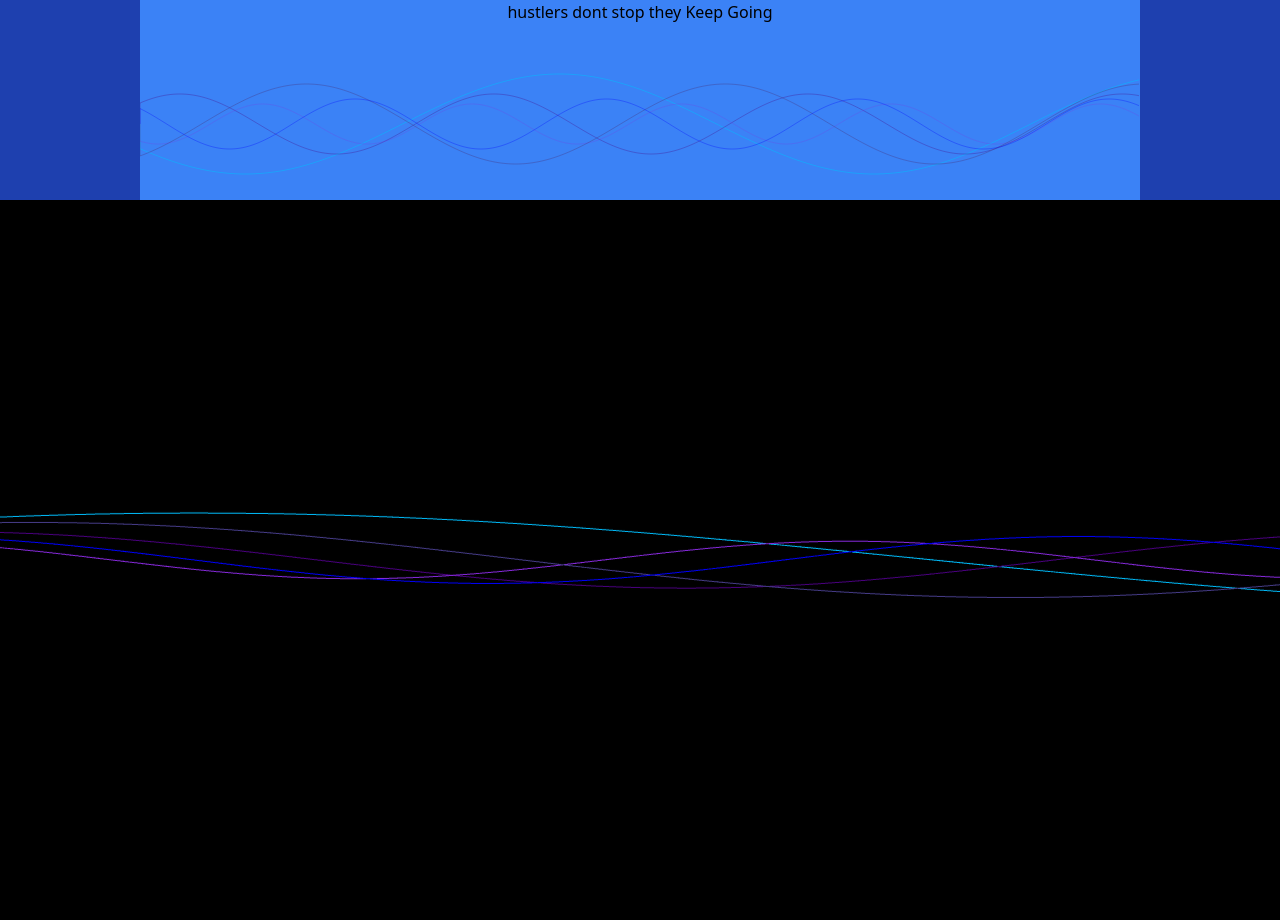
Repository: TMuse333/quantum-experiments
Page: /
These files come from the project's save history. The page is drawn as it stood at one moment and after the next save; the edit follows.
The browser window is 1280 px wide. The pictures show the whole page.
The project was rebuilt for these pictures with package versions that can differ from the ones it lists, and the page was loaded fresh each time. Also part of the build but not shown: vite.config.ts.

Above is the page before, as saved 2024-06-08 18:34:17.

### src/App.tsx
import { useState } from 'react'
import reactLogo from './assets/react.svg'
import viteLogo from '/vite.svg'
import './App.css'
import SineWave from './components/sineWave/sineWave'
import ThreeJSWave from './components/sineWave/threeeJsWave/threeJsWave'

function App() {
  const [count, setCount] = useState(0)

  return (
    <>
    <div className='bg-blue-800 absolute top-0 left-0
    flex items-center flex-col justify-center w-screen'>


     <SineWave/>
     <ThreeJSWave/>
     </div>
    </>
  )
}

export default App

### src/components/sineWave/sineWave.tsx
import React, { useRef, useEffect } from 'react';

const SineWave: React.FC = () => {
  const canvasRef = useRef<HTMLCanvasElement | null>(null);

  useEffect(() => {
    const canvas = canvasRef.current;
    if (!canvas) return;

    const c = canvas.getContext('2d');
    if (!c) return;

    const waves = [
      {
        amplitude: 50,
        frequency: 0.01,
        speed: 0.02,
        xOffset: 0,
        color: 'rgba(0, 191, 255, 0.5)', // Sky Blue
      },
      {
        amplitude: 30,
        frequency: 0.02,
        speed: 0.03,
        xOffset: 0,
        color: 'rgba(75, 0, 130, 0.3)', // Indigo
      },
      {
        amplitude: 20,
        frequency: 0.03,
        speed: 0.04,
        xOffset: 0,
        color: 'rgba(138, 43, 226, 0.2)', // Blue Violet
      },
      {
        amplitude: 40,
        frequency: 0.015,
        speed: 0.025,
        xOffset: 0,
        color: 'rgba(72, 61, 139, 0.4)', // Dark Slate Blue
      },
      {
        amplitude: 25,
        frequency: 0.025,
        speed: 0.035,
        xOffset: 0,
        color: 'rgba(0, 0, 255, 0.3)', // Blue
      },
    ];

    const resizeHandler = () => {
      canvas.width = canvas.parentElement?.clientWidth ?? window.innerWidth;
      canvas.height = canvas.parentElement?.clientHeight ?? window.innerHeight;
    };

    window.addEventListener('resize', resizeHandler);
    resizeHandler();

    const draw = () => {
      c.clearRect(0, 0, canvas.width, canvas.height);
      waves.forEach((wave) => {
        c.beginPath();
        c.moveTo(0, canvas.height / 2);
        for (let x = 0; x < canvas.width; x++) {
          const y = canvas.height / 2 + Math.sin(x * wave.frequency + wave.xOffset) * wave.amplitude;
          c.lineTo(x, y);
        }
        c.strokeStyle = wave.color;
        c.stroke();
        wave.xOffset += wave.speed;
      });
      requestAnimationFrame(draw);
    };

    draw();

    return () => {
      window.removeEventListener('resize', resizeHandler);
    };
  }, []);

  return (
    <div className='w-screen bg-blue-500 relative h-[200px] max-w-[1000px] ml-auto mr-auto'>
        <h1>hustlers dont stop they Keep Going</h1>
      <canvas className='h-full w-full' ref={canvasRef} />
    </div>
  );
};

export default SineWave;

### src/components/sineWave/threeeJsWave/threeJsWave.tsx
import React, { useRef, useEffect } from 'react';
import * as THREE from 'three';

const ThreeJSWave: React.FC = () => {
  const containerRef = useRef<HTMLDivElement | null>(null);
  const frameId = useRef<number | null>(null);

  useEffect(() => {
    const container = containerRef.current;
    if (!container) return;

    const scene = new THREE.Scene();
    const camera = new THREE.PerspectiveCamera(75, container.clientWidth / container.clientHeight, 0.1, 1000);
    const renderer = new THREE.WebGLRenderer({ antialias: true });

    renderer.setSize(container.clientWidth, container.clientHeight);
    container.appendChild(renderer.domElement);

    camera.position.z = 5;

    // Create waves
    const createWaveMesh = (amplitude: number, frequency: number, color: number, segments: number, lineWidth: number) => {
      const geometry = new THREE.BufferGeometry();
      const positions = new Float32Array(segments * 3);

      for (let i = 0; i < segments; i++) {
        positions[i * 3] = (i / segments) * 20 - 10; // x, span the entire width
        positions[i * 3 + 1] = 0; // y
        positions[i * 3 + 2] = 0; // z
      }

      geometry.setAttribute('position', new THREE.BufferAttribute(positions, 3));

      const material = new THREE.LineBasicMaterial({ color, linewidth: lineWidth });
      const line = new THREE.Line(geometry, material);

      return { line, amplitude, frequency, offset: 0 };
    };

    const waves = [
      createWaveMesh(0.5, 0.02, 0x00bfff, 200, 5), // Sky Blue
      createWaveMesh(0.3, 0.04, 0x4b0082, 200, 5), // Indigo
      createWaveMesh(0.2, 0.06, 0x8a2be2, 200, 5), // Blue Violet
      createWaveMesh(0.4, 0.03, 0x483d8b, 200, 5), // Dark Slate Blue
      createWaveMesh(0.25, 0.05, 0x0000ff, 200, 5), // Blue
    ];

    waves.forEach(wave => scene.add(wave.line));

    const animate = () => {
      waves.forEach(wave => {
        const positions = wave.line.geometry.attributes.position.array as Float32Array;
        for (let i = 0; i < positions.length / 3; i++) {
          positions[i * 3 + 1] = Math.sin(i * wave.frequency + wave.offset) * wave.amplitude;
        }
        wave.line.geometry.attributes.position.needsUpdate = true;
        wave.offset += 0.02; // Speed
      });

      renderer.render(scene, camera);
      frameId.current = requestAnimationFrame(animate);
    };

    animate();

    const handleResize = () => {
      if (container) {
        camera.aspect = container.clientWidth / container.clientHeight;
        camera.updateProjectionMatrix();
        renderer.setSize(container.clientWidth, container.clientHeight);
      }
    };

    window.addEventListener('resize', handleResize);

    return () => {
      if (frameId.current !== null) {
        cancelAnimationFrame(frameId.current);
      }
      window.removeEventListener('resize', handleResize);
      container.removeChild(renderer.domElement);
    };
  }, []);

  return (
    <div className='w-screen h-screen bg-red-900'>
      <div className='w-full h-full' ref={containerRef}></div>
    </div>
  );
};

export default ThreeJSWave;

Loaded but not shown: index.html (common file); src/main.tsx (common file); src/index.css (common file); src/App.css (common file); tailwind.config.js (common file)

After the next save:
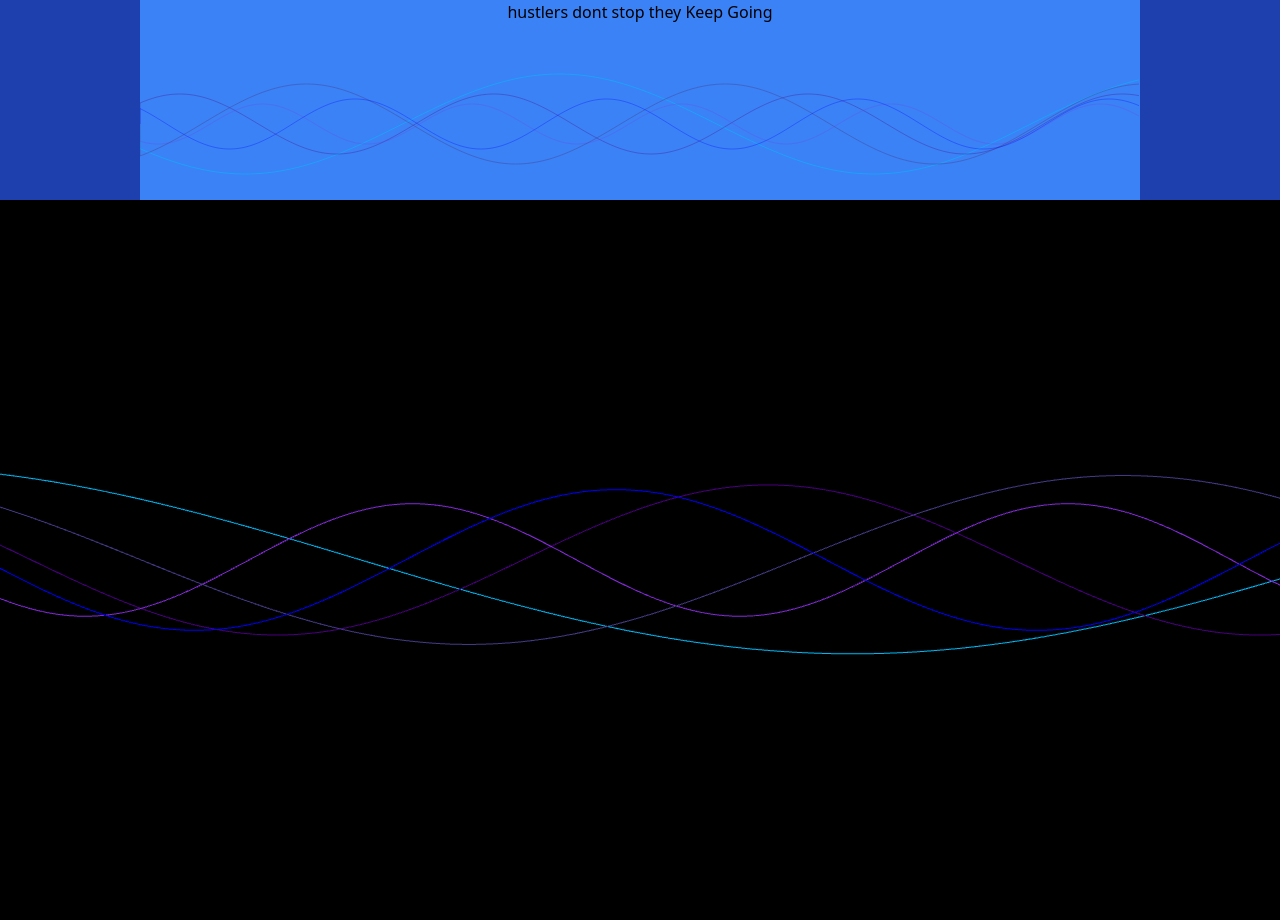
Saved 44 s later.
--- a/src/components/sineWave/threeeJsWave/threeJsWave.tsx
+++ b/src/components/sineWave/threeeJsWave/threeJsWave.tsx
@@ -38,11 +38,11 @@ const ThreeJSWave: React.FC = () => {
     };
 
     const waves = [
-      createWaveMesh(0.5, 0.02, 0x00bfff, 200, 5), // Sky Blue
-      createWaveMesh(0.3, 0.04, 0x4b0082, 200, 5), // Indigo
-      createWaveMesh(0.2, 0.06, 0x8a2be2, 200, 5), // Blue Violet
-      createWaveMesh(0.4, 0.03, 0x483d8b, 200, 5), // Dark Slate Blue
-      createWaveMesh(0.25, 0.05, 0x0000ff, 200, 5), // Blue
+      createWaveMesh(1, 0.03, 0x00bfff, 200, 5), // Sky Blue
+      createWaveMesh(0.8, 0.06, 0x4b0082, 200, 5), // Indigo
+      createWaveMesh(0.6, 0.09, 0x8a2be2, 200, 5), // Blue Violet
+      createWaveMesh(0.9, 0.045, 0x483d8b, 200, 5), // Dark Slate Blue
+      createWaveMesh(0.75, 0.07, 0x0000ff, 200, 5), // Blue
     ];
 
     waves.forEach(wave => scene.add(wave.line));
@@ -54,7 +54,7 @@ const ThreeJSWave: React.FC = () => {
           positions[i * 3 + 1] = Math.sin(i * wave.frequency + wave.offset) * wave.amplitude;
         }
         wave.line.geometry.attributes.position.needsUpdate = true;
-        wave.offset += 0.02; // Speed
+        wave.offset += 0.04; // Increased speed for more bounce
       });
 
       renderer.render(scene, camera);
